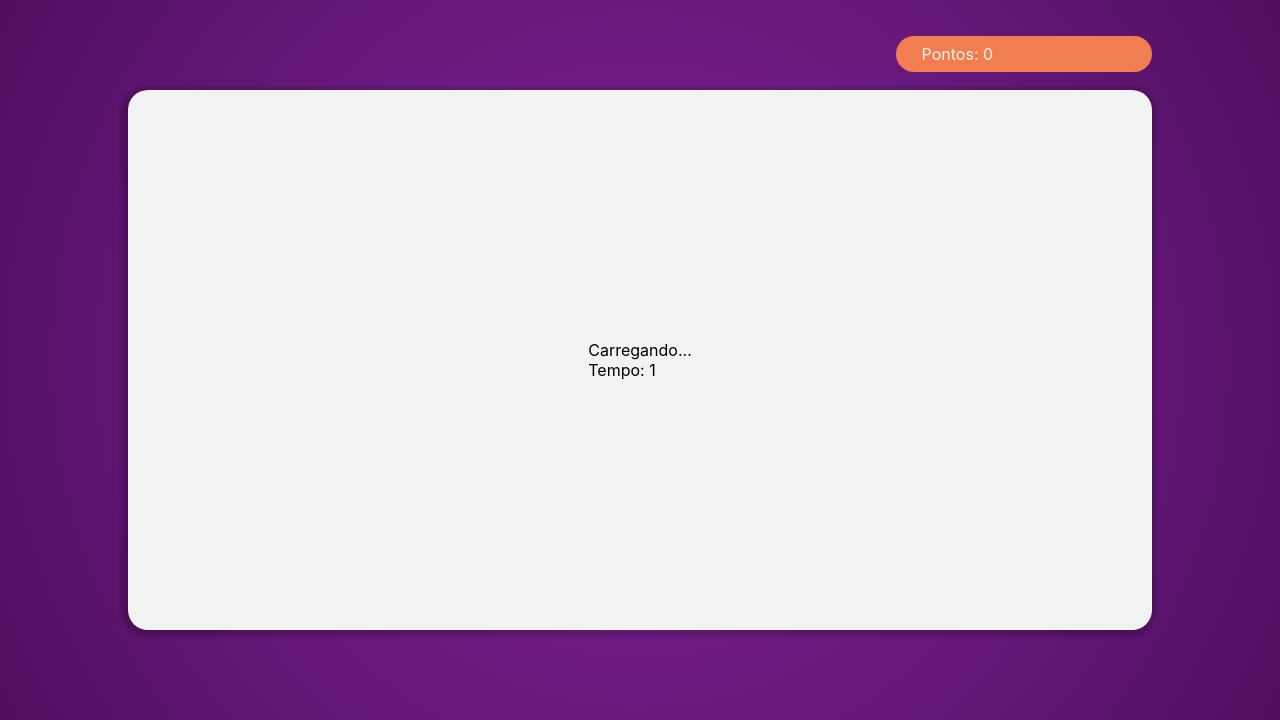
Repository: gabrielejandres/bd-final-project
Page: /play (app in frontend/)
An editor plug-in stored every save of this project. The page is shown before and after the next save, followed by the edit.
The browser window is 1280 px wide. The pictures show the whole page.
The project was rebuilt for these pictures with package versions that can differ from the ones it lists, and the page was loaded fresh each time. Also part of the build but not shown: frontend/src/App.css, frontend/src/components/Button/index.jsx, frontend/src/components/Logo/style.css, frontend/src/components/Logo/index.jsx, frontend/src/components/Footer/Login/index.jsx, frontend/src/pages/Login/index.jsx, frontend/src/components/Footer/Home/style.css, frontend/src/components/Footer/Home/index.jsx and 1 more.

Above is the page before, as saved 2022-03-05 21:47:29.

### frontend/src/App.js
import './App.css';
import Login from './pages/Login/index.jsx'
import Home from './pages/Home/index.jsx'
import Play from './pages/Play/index.jsx';
import {BrowserRouter, Route, Routes} from 'react-router-dom';


function App() {
  return (
    <div>
      <BrowserRouter>
          <Routes>
            <Route path="/login" element={<Login/>}/>
            <Route path="/" element={<Home/>}/>
            <Route path="/play" element={<Play/>}/>
          </Routes>
      </BrowserRouter>
    </div>
  );
}

export default App;

### frontend/src/pages/Play/index.jsx
import { useEffect, useState } from 'react'
import './style.css'

export default function Play(){

  const [score, setScore] = useState(0)
  const [question, setQuestion] = useState('Carregando...')
  const [answer, setanswer] = useState(['alo', 'teste', 'sim', 'não'])
  useEffect(()=>{

  }, [score])

  return (
    <div className="main-page">
      <div className="score">
        <div className="score-text">Pontos: {score}</div>
      </div>
      <div className="game-container">
        <div className="game-header">
          <div className="game-question">
            {question}
          </div>
          <div className="game-timer">
            Tempo: 1
          </div>
        </div>
        <div className="game-content">
          <div>{}</div>
        </div>
      </div>
    </div>
  )
}

### frontend/src/pages/Login/style.css
@import url('https://fonts.googleapis.com/css2?family=Montserrat:wght@100;400;700;900&display=swap');

:root {
    --color-brand-primary: #510F60;
    --color-brand-secondary: #F17E50;

    --color-neutral-lightest: #F2F2F2;
    --color-neutral-medium: rgba(133,133,133, 1);
    --color-neutral-darkest: #363636;

    --primary-brand-font: 'Montserrat', sans-serif;
}

.main-page {
  background-image: radial-gradient(circle, #81249C, var(--color-brand-primary));

  height: 100vh;

  display: flex;
  justify-content: center;
  align-items: center;
}

.logo img {
  height: 15vh;

  display: flex;
  justify-content: center;
  align-items: center;
}

.container-login {
  width: 40vw;
  height: 60vh;

  display: flex;
  align-items: center;
  justify-content: center;
  flex-direction: column;

  background-color: var(--color-neutral-lightest);

  border-radius: 20px;
  box-shadow: -2px 2px 5px 4px rgba(0,0,0,0.2) ;
}

.access-area {
  display: flex;
  justify-content: center;

  width: 35vw;
}

.user-interaction {
  display: flex;
  align-items: center;
  flex-direction: column;
  justify-content: center;

  margin-left: 1.5vw;
}

.profile {
  width: auto;
  height: auto;

  margin-top: 30px;
  margin-bottom: 50px;
}

.profile img {
  height: 150px;
  width: auto;
}

.input{
  border-radius: 10px;
  border: 1px solid var(--color-neutral-medium);

  height: 24px;
  width: 12vw;

  margin-bottom: 2.5vh;
  padding: 1vh;

  background-color: rgba(133,133,133, 0.2);

  font-family: var(--primary-brand-font);
}

input:focus {
  outline: none;
}

.container-footer {
  width: 100%;

  display: flex;
  align-items: center;
  justify-content: center;
}

.continue-button {
  display: flex;
  align-items: center;
  justify-content: center;
}

### frontend/src/pages/Home/style.css
@import url('https://fonts.googleapis.com/css2?family=Montserrat:wght@100;400;700;900&display=swap');

:root{
    --color-brand-primary: #510F60;
    --color-brand-secondary: #F17E50;
    --color-neutral-lightest: #F2F2F2;
    --primary-brand-font: 'Montserrat', sans-serif;
}

.container{
    width: 35vw;
    height: 65vh;
    display: flex;
    align-items: center;
    justify-content: center;
    flex-direction: column;
    background-color: var(--color-neutral-lightest);
    border-radius: 20px;
    box-shadow: -2px 2px 5px 4px rgba(0,0,0,0.2) ;
    color: var(--color-neutral-darkest);
}

.container-content{
    display: flex;
    flex-direction: column;
    align-items: center;
    height: 80%;
    margin-top: 50px;
}

.buttons-area{
    display: flex;
    flex-direction: column;
    height: 26vh;
    align-items: center;
    justify-content: space-evenly;
    width: 100%;
    margin-top: 5.5vh;
}

.logo {
    width: 35vw;
    display: flex;
    justify-content: center;
    align-items: center;
}

### frontend/src/pages/Play/style.css
:root{
  --color-neutral-lightest: #F2F2F2;
}

.game-container{
  width: 80vw;
  height: 75vh;
  display: flex;
  align-items: center;
  justify-content: center;
  flex-direction: column;
  background-color: var(--color-neutral-lightest);
  border-radius: 20px;
  box-shadow: -2px 2px 5px 4px rgba(0,0,0,0.2) ;
}

.score{
  position: absolute;
  right: 10vw;
  top: 5vh;
  width: 20vw;
  height: 5vh;
  background-color: var(--color-brand-secondary);
  display: flex;
  align-items: center;
  border-radius: 20px;
}

.score-text{
  margin-left: 2vw;
  color: var(--color-neutral-lightest);
}

### frontend/src/components/Button/style.css
@import url('https://fonts.googleapis.com/css2?family=Montserrat:wght@100;400;500;700;900&display=swap');

:root{
    --color-brand-primary: #510F60;
    --color-brand-secondary: #F17E50;

    --color-neutral-lightest: #F2F2F2;
    --color-neutral-darkest: #363636;

    --primary-brand-font: 'Montserrat', sans-serif;
}

.button {
  cursor: pointer;
  border-radius:30px;
  line-height: 2.5rem;
  font-family: var(--primary-brand-font);
  font-weight: 500;
  height: 4vh;
  display: flex;
  align-items: center;
  justify-content: center;

  border: 1px solid var(--color-neutral-lightest);
  background-image: linear-gradient(-180deg, var(--color-brand-secondary) 0%, #E66038 100%);
  box-shadow: 0 0 0.25rem 0 grey,
              0 -0.25rem 1.5rem rgba(255, 255, 255, 0.1) inset,
              0 0.75rem 0.5rem rgba(255,255,255, 0.4) inset,
              0 0.25rem 0.5rem 0 rgba(255, 255, 255, 0.3) inset;

  color: var(--color-neutral-lightest);

  padding: 2.5vh;
}

### frontend/src/components/Footer/Login/style.css
@import url('https://fonts.googleapis.com/css2?family=Montserrat:wght@100;400;700;900&display=swap');

:root {
    --color-brand-primary: #510F60;
    --color-brand-secondary: #F17E50;

    --color-neutral-lightest: #F2F2F2;
    --color-neutral-medium: rgba(133,133,133, 1);
    --color-neutral-darkest: #363636;

    --primary-brand-font: 'Montserrat', sans-serif;
}

.text-login hr{
    width: 6vw;
    border: 0;
    height: 1.90px;
    background-color: grey;
    margin-top: 1.2vh;
    margin-left: 0.5vw;
    margin-right: 0.5vw;
}

.text-login {
    display: flex;
    justify-content:center;
    align-items: center;

    color: var(--color-neutral-darkest);

    font-family: var(--primary-brand-font);
}

.login-icons {
    display: flex;
    justify-content: center;
}

.login-icons img {
    width: auto;
    height: 35px;

    padding: 0.5vw;
}

Loaded but not shown: frontend/public/index.html (common file); frontend/src/index.js (common file); frontend/src/index.css (common file)

After the next save:
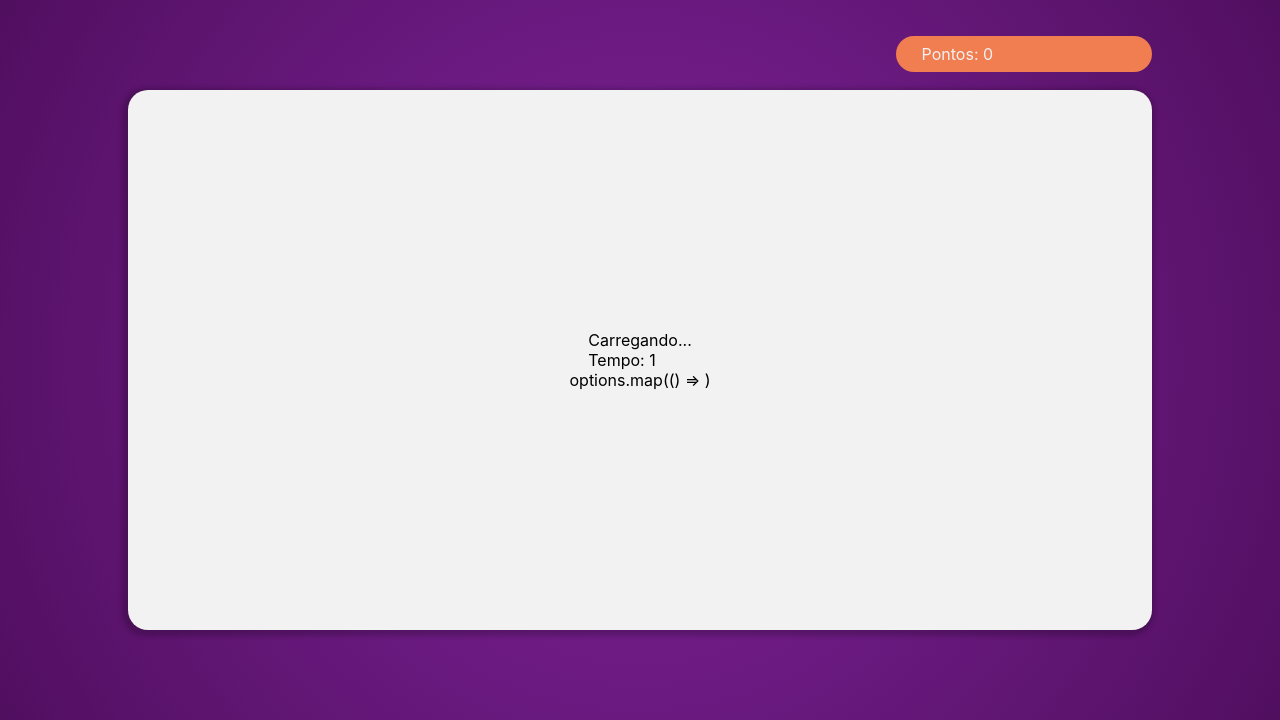
Saved 7 min 57 s later.
--- a/frontend/src/pages/Play/index.jsx
+++ b/frontend/src/pages/Play/index.jsx
@@ -5,7 +5,9 @@
 
   const [score, setScore] = useState(0)
   const [question, setQuestion] = useState('Carregando...')
-  const [answer, setanswer] = useState(['alo', 'teste', 'sim', 'não'])
+  const [options, setOptions] = useState(['alo', 'teste', 'sim', 'não'])
+  const [answer, setAnswer] = useState('a')
+
   useEffect(()=>{
 
   }, [score])
@@ -25,7 +27,9 @@
           </div>
         </div>
         <div className="game-content">
-          <div>{}</div>
+          <div>options.map(() => {
+            })
+          </div>
         </div>
       </div>
     </div>

After the save that followed:
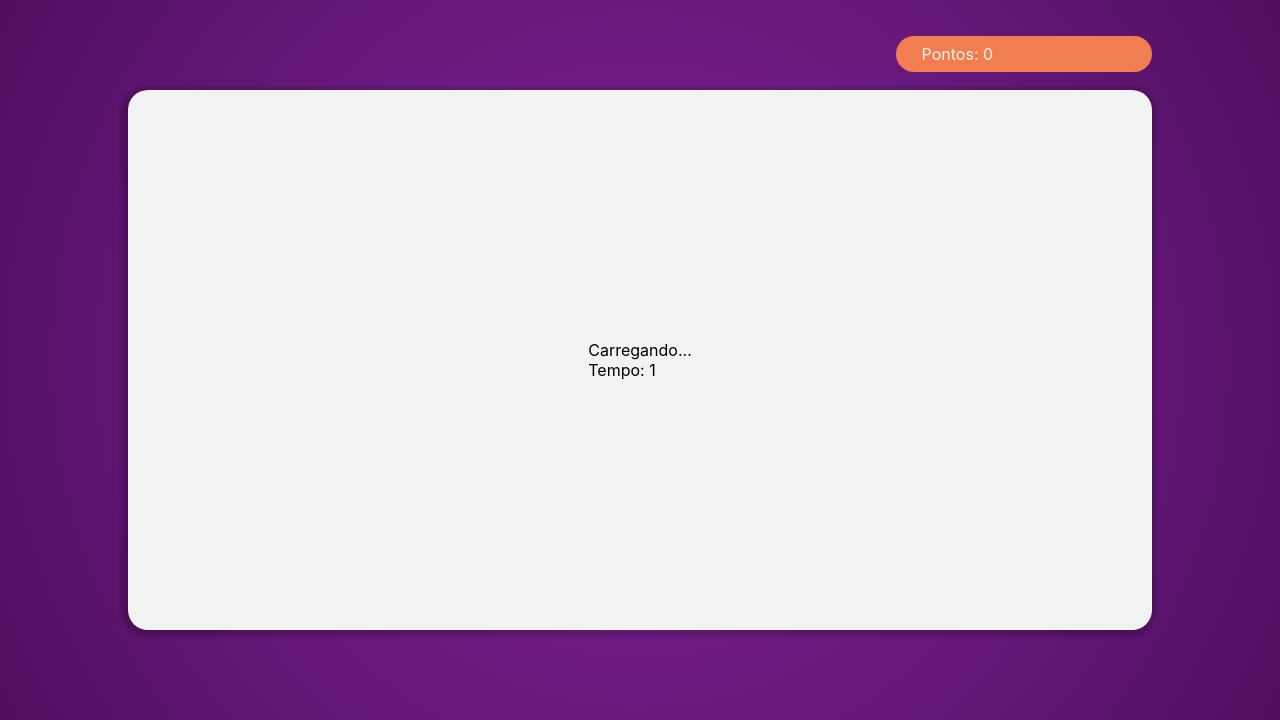
Saved 112 s later.
--- a/frontend/src/pages/Play/index.jsx
+++ b/frontend/src/pages/Play/index.jsx
@@ -27,9 +27,11 @@
           </div>
         </div>
         <div className="game-content">
-          <div>options.map(() => {
-            })
-          </div>
+          {options.map((options) => {
+              <div>
+
+              </div>
+            })}
         </div>
       </div>
     </div>
